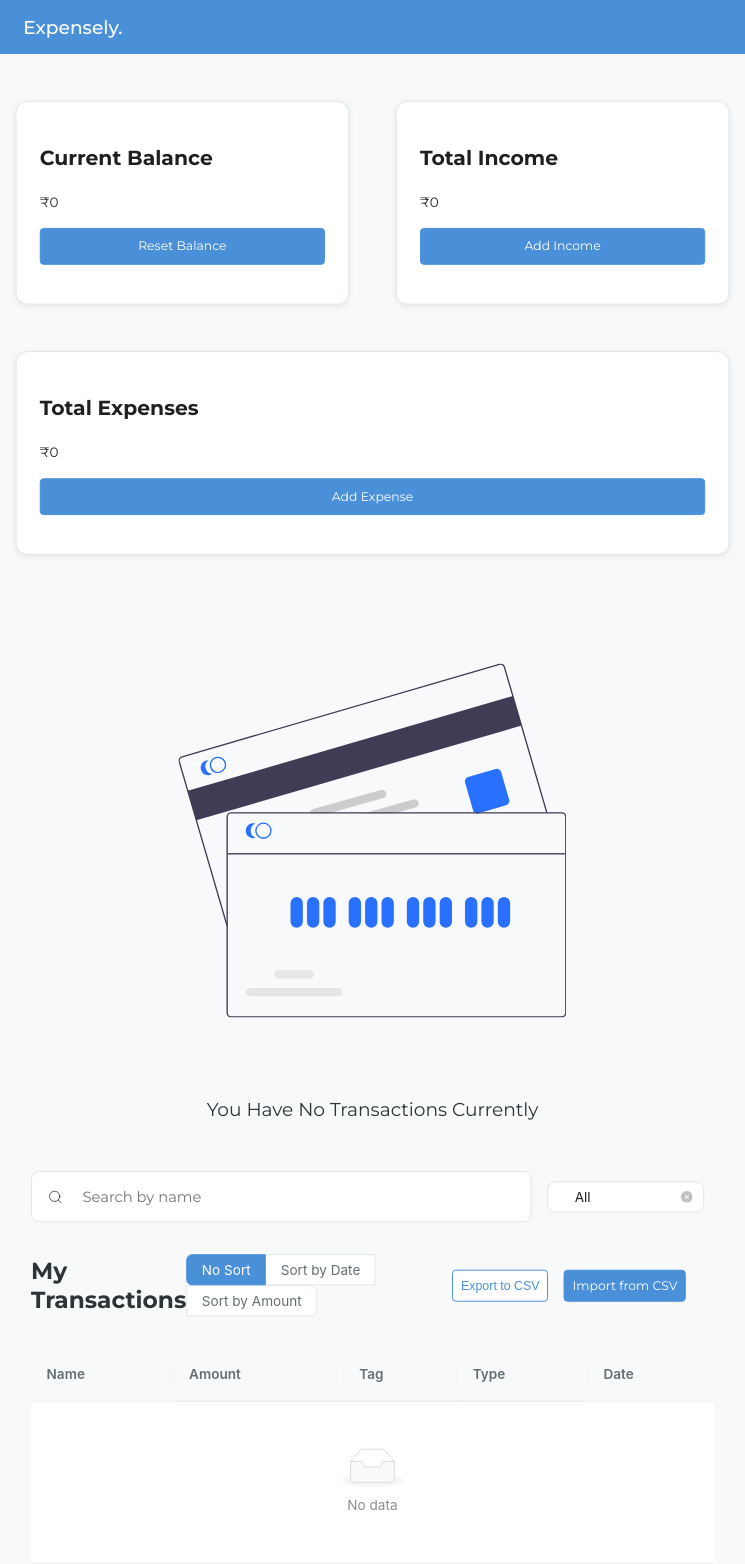
Repository: saisiriGullapalli/Expensely
Page: /dashboard (app in Expense-Tracker-main/Expense-Tracker-main/)
An editor plug-in stored every save of this project. The page is shown before and after the next save, followed by the edit.
The browser window is 768 px wide. The pictures show the whole page, at 97% of full size.
The page's requests for data from a server got no answer. The project was rebuilt for these pictures with package versions that can differ from the ones it lists, and the page was loaded fresh each time. No one was signed in, and anything a server would have sent is missing. Also part of the build but not shown: Expense-Tracker-main/Expense-Tracker-main/src/App.css, Expense-Tracker-main/Expense-Tracker-main/src/components/Charts/index.js. Imported but missing from the stored project, and not drawn on this page: Expense-Tracker-main/Expense-Tracker-main/src/pages/Signup.

Above is the page before, as saved 2026-05-01 20:33:19.

After the next save:
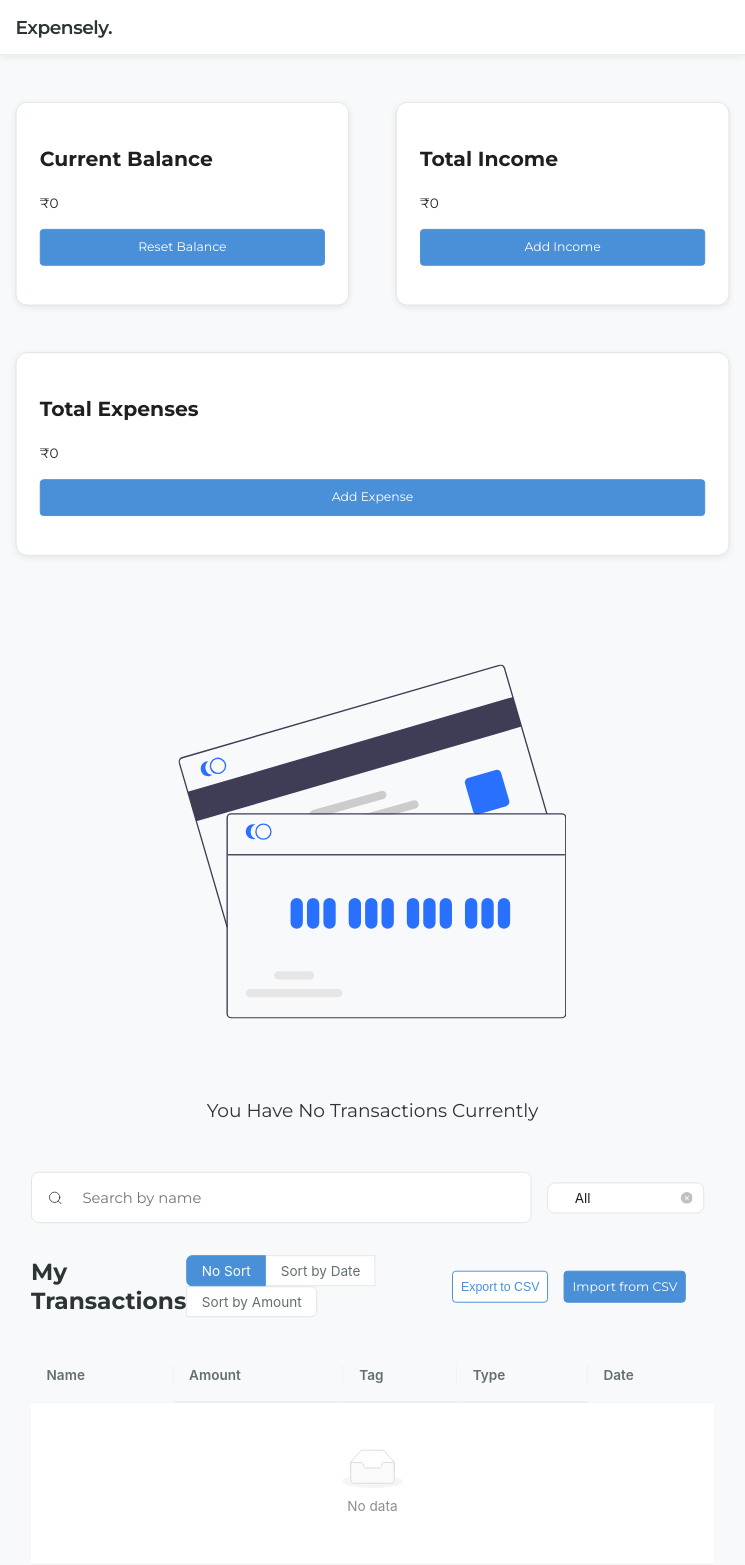
Saved 11 s later.
--- a/Expense-Tracker-main/Expense-Tracker-main/src/components/Header/styles.css
+++ b/Expense-Tracker-main/Expense-Tracker-main/src/components/Header/styles.css
@@ -1,6 +1,6 @@
-.navbar{
-    background-color: var(--theme);
-    padding: 1rem 1.5rem;
+.navbar {
+    background-color: var(--white);
+    padding: 1rem 2rem;
     position: sticky;
     top: 0;
     left: 0;
@@ -8,21 +8,58 @@
     justify-content: space-between;
     align-items: center;
     z-index: 1000;
+    box-shadow: var(--shadow);
+    border-bottom: 1px solid var(--border-light);
 }
 
-.logo{
-    color: var(--white);
-    font-weight: 500;
-    font-size: 1.2rem;
+.logo {
+    color: var(--text-primary);
+    font-weight: 600;
+    font-size: 1.4rem;
     margin: 0;
+    letter-spacing: -0.5px;
 }
 
-.link{
-    opacity: 0.8;
+.link {
+    color: var(--text-secondary);
     cursor: pointer;
+    font-weight: 500;
+    font-size: 0.9rem;
+    transition: all 0.2s ease;
 }
 
 .link:hover {
-    opacity: 1;
-    transition: all 0.3s;
+    color: var(--theme);
+    transition: all 0.2s ease;
 }
+
+/* User info in navbar */
+.navbar > div {
+    display: flex;
+    align-items: center;
+    gap: 1rem;
+}
+
+.navbar img {
+    border-radius: 50%;
+    height: 2.2rem;
+    width: 2.2rem;
+    border: 2px solid var(--border-light);
+    transition: all 0.2s ease;
+}
+
+.navbar img:hover {
+    border-color: var(--theme);
+    transition: all 0.2s ease;
+}
+
+/* Responsive */
+@media (max-width: 768px) {
+    .navbar {
+        padding: 1rem;
+    }
+
+    .logo {
+        font-size: 1.2rem;
+    }
+}
